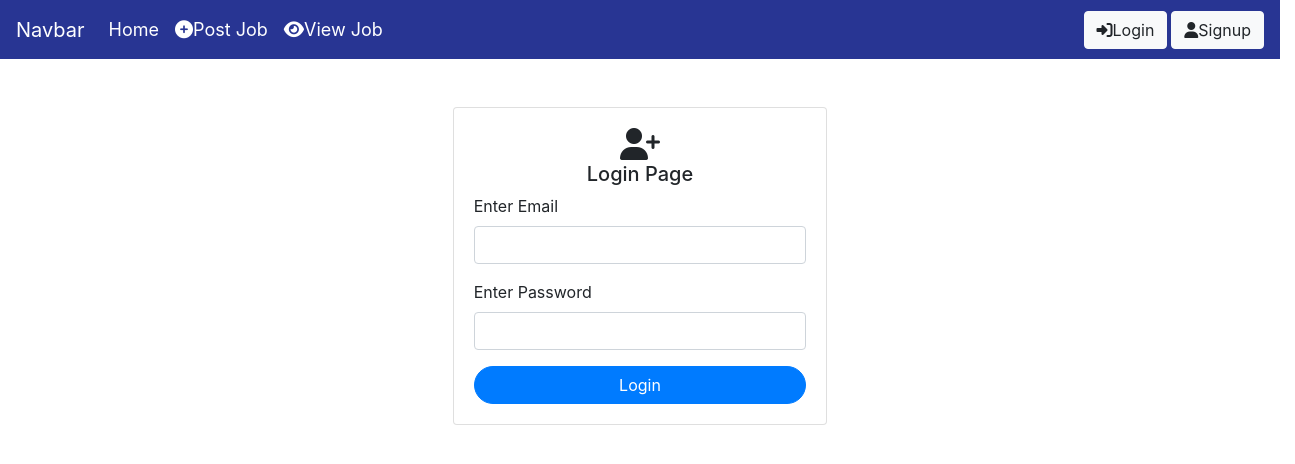
Repository: Pankaj08072001/Adv_Java
Page: http://localhost/06_Job_portal_Project/login.jsp
These files come from the project's save history. The page is drawn as it stood at one moment and after the next save; the edit follows.
The browser window is 1280 px wide. The page is 1295 px wide, so the pictures cover 1295 px, including what lies to the right of the window. The pictures show the whole page.
Some web libraries are served in a nearby version. The page is served by Tomcat 9. Other server files are loaded and not shown.

Above is the page before, as saved 2025-03-13 20:05:36.

### 06_Job_portal_Project/src/main/webapp/login.jsp
<%@ page language="java" contentType="text/html; charset=UTF-8"
	pageEncoding="UTF-8"%>
<!DOCTYPE html>
<html>
<head>
<meta charset="UTF-8">
<title>Login Page</title>
<%@include file="All_component/All_css.jsp"%>
</head>
<body >

	<%@include file="All_component/Navbar.jsp"%>
	<div class="continer-fluid">
		<div class="row p-5">
			<div class="col-md-4 offset-md-4">
				<div class="card">
					<div class="card-body">
						<div class="text-center">
							<i class="fa fa-user-plus fa-2x" aria-hidden="true"></i>
							<h5>Login Page</h5>
						</div>
						<%--  <c:if test= "${not empty succMsg}">
						<h4 class="text-center text-danger"> ${succMsg }</h4>
						</c:if>
						--%>

						<form action="Login" method="post">
							<div class="form-group">
								<label>Enter Email</label><input type="email"
									required="required" class="form-control"
									id="exampleInputEmail1" aria-describedby="emailHelp" name="em">
							</div>
							<div class="form-group">
								<label>Enter Password</label><input type="password"
									required="required" class="form-control"
									id="exampleInputEmail1" name="ps">
							</div>
							<button class="btn btn-primary badge-pill btn-block" type="submit">Login</button>
						</form>

					</div>
				</div>
			</div>
		</div>

	</div>
</body>
</html>

### 06_Job_portal_Project/src/main/webapp/All_component/All_css.jsp
<link rel="stylesheet"
	href="https://cdn.jsdelivr.net/npm/bootstrap@4.0.0/dist/css/bootstrap.min.css"
	integrity="sha384-Gn5384xqQ1aoWXA+058RXPxPg6fy4IWvTNh0E263XmFcJlSAwiGgFAW/dAiS6JXm"
	crossorigin="anonymous">


<script src="https://code.jquery.com/jquery-3.2.1.slim.min.js"
	integrity="sha384-KJ3o2DKtIkvYIK3UENzmM7KCkRr/rE9/Qpg6aAZGJwFDMVNA/GpGFF93hXpG5KkN"
	crossorigin="anonymous"></script>
<script
	src="https://cdn.jsdelivr.net/npm/popper.js@1.12.9/dist/umd/popper.min.js"
	integrity="sha384-ApNbgh9B+Y1QKtv3Rn7W3mgPxhU9K/ScQsAP7hUibX39j7fakFPskvXusvfa0b4Q"
	crossorigin="anonymous"></script>
<script
	src="https://cdn.jsdelivr.net/npm/bootstrap@4.0.0/dist/js/bootstrap.min.js"
	integrity="sha384-JZR6Spejh4U02d8jOt6vLEHfe/JQGiRRSQQxSfFWpi1MquVdAyjUar5+76PVCmYl"
	crossorigin="anonymous"></script>

<link rel="stylesheet"
	href="https://cdnjs.cloudflare.com/ajax/libs/font-awesome/6.7.2/css/all.min.css"
	integrity="sha512-Evv84Mr4kqVGRNSgIGL/F/aIDqQb7xQ2vcrdIwxfjThSH8CSR7PBEakCr51Ck+w+/U6swU2Im1vVX0SVk9ABhg=="
	crossorigin="anonymous" referrerpolicy="no-referrer" />

	<link rel="Stylesheet" href ="All_component/Style.css" >

### 06_Job_portal_Project/src/main/webapp/All_component/Navbar.jsp
<nav class="navbar navbar-expand-lg navbar-dark bg-custom">
	<a class="navbar-brand" href="#">Navbar</a>
	<button class="navbar-toggler" type="button" data-toggle="collapse"
		data-target="#navbarSupportedContent"
		aria-controls="navbarSupportedContent" aria-expanded="false"
		aria-label="Toggle navigation">
		<span class="navbar-toggler-icon"></span>
	</button>

	<div class="collapse navbar-collapse" id="navbarSupportedContent">
		<ul class="navbar-nav mr-auto">
			<li class="nav-item active"><a class="nav-link" href="#">Home
					<span class="sr-only">(current)</span>
			</a></li>
			<li class="nav-item"><a class="nav-link" href="#"><i class="fas fa-plus-circle"></i>Post Job</a></li>
			<li class="nav-item"><a class="nav-link" href="#"><i class="fas fa-eye"></i>View Job</a></li>

		</ul>
		<form class="form-inline my-2 my-lg-0">
			<a href="login.jsp" class="btn btn-light mr-1"> <i class="fas fa-sign-in-alt"></i>Login</a>
			<a href ="Signup.jsp" class="btn btn-light"><i class="fas fa-user"></i>Signup</a>
		</form>
	</div>
</nav>

### 06_Job_portal_Project/src/main/webapp/All_component/Style.css
.bg-custom{
	background : #283593 !important;

}
.navbar .nav-item .nav-link{
	font-size: 18px;
	color : white;
}
.navbar .nav-item:hover .nav-link{
	background : white ;
	color : black;
	border-radius: 10px;
}

After the next save:
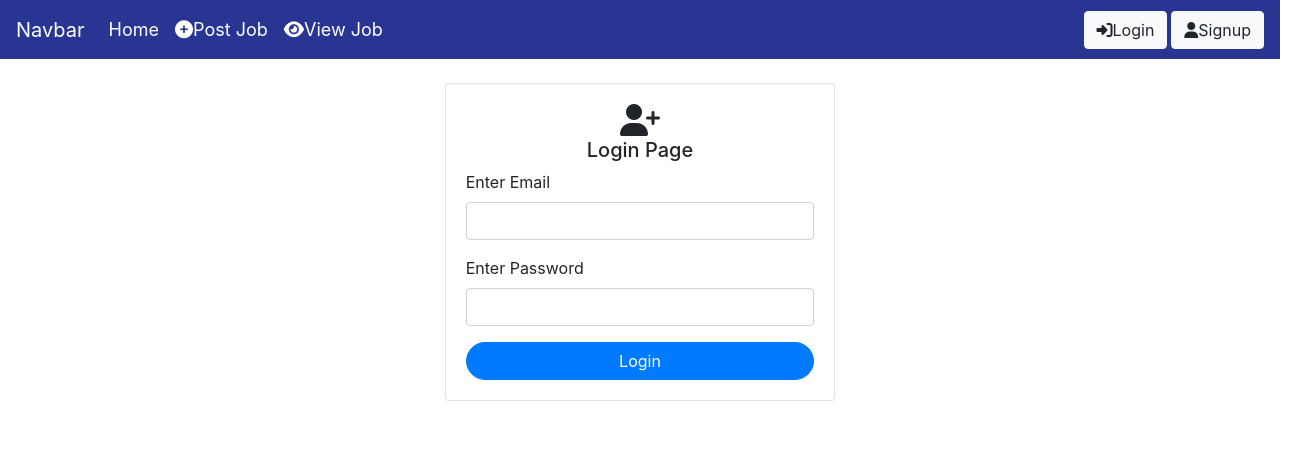
Saved 91 s later.
--- a/06_Job_portal_Project/src/main/webapp/login.jsp
+++ b/06_Job_portal_Project/src/main/webapp/login.jsp
@@ -11,7 +11,7 @@
 
 	<%@include file="All_component/Navbar.jsp"%>
 	<div class="continer-fluid">
-		<div class="row p-5">
+		<div class="row p-4">
 			<div class="col-md-4 offset-md-4">
 				<div class="card">
 					<div class="card-body">
